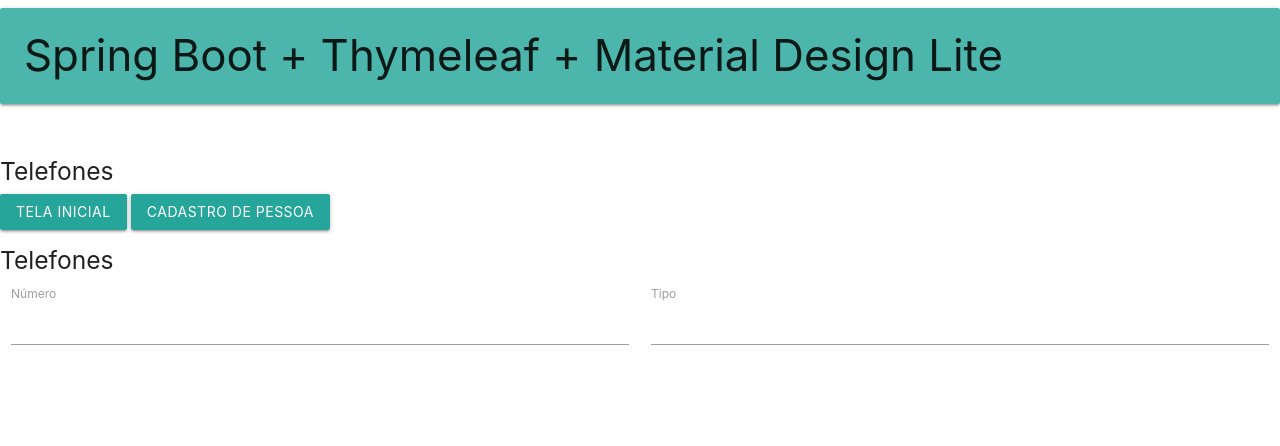
Repository: wendell-comp/Sistema-de-Gestao-de-Pessoas
Page: http://localhost/cadastro/telefones
These files come from the project's save history. The page is drawn as it stood at one moment and after the next save; the edit follows.
The browser window is 1280 px wide. The pictures show the whole page.
The page is this project's Thymeleaf template; nobody is signed in. The template is opened directly, without the code that normally fills it, so the values that code supplies are empty.

Above is the page before, as saved 2021-02-13 13:01:28.

### springboot/src/main/resources/templates/cadastro/telefones.html
<!DOCTYPE html>
<html xmlns="http://www.w3.org/1999/xhtml"
	xmlns:th="http://www.thymeleaf.org">

<head>
<meta charset="UTF-8">
<title>Formulario Java</title>


<link href="https://fonts.googleapis.com/icon?family=Material+Icons" rel="stylesheet">
<link type="text/css" rel="stylesheet" href="/materialize/css/materialize.css" media="screen,projection" />
<link type="text/css" rel="stylesheet" href="materialize.min.css" media="screen,projection" />

<style type="text/css">
  table.striped > tbody > tr:nth-child(odd) {
  background-color: rgba(158, 154, 154, 0.5);
}
	form input[type=submit]{
	color:white;
	}
</style>

</head>
<body>
	<h3 class="card-panel teal lighten-2">Spring Boot + Thymeleaf + Material Design Lite</h3>
	<br />
	<h5>Telefones</h5>
	<a href="/" class="waves-effect waves-light btn">Tela Inicial</a>
	<a href="/cadastropessoa" class="waves-effect waves-light btn">Cadastro de Pessoa</a>


		<div th:each="p: ${pessoaobj}">
			<div class="row">
			<p> ID: <span th:text="${p.id}"></span></p>
			<p> Nome: <span th:text="${p.nome}"></span></p>
			<p> Sobrenome: <span th:text="${p.sobrenome}"></span></p>
			<p> Idade: <span th:text="${p.idade}"></span></p>

			</div>

		</div>
		<h5> Telefones</h5>

			<div class="row">

					<form action="" method="post" class="col s12">
						<div class="row">

							<div class="input-field col s6">

								<label class="active" for="numero">Número</label>
								<input id="numero" name="numero" class="validate">
							</div>

							<div class="input-field col s6">

								<label class="active" for="tipo">Tipo</label>
								<input id="tipo" name="tipo" class="validate">
							</div>

						</div>
					</form>

			</div>




	<script type="text/javascript" src="materialize/js/materialize.js"></script>
	<script type="text/javascript" src="materialize/js/materialize.min.js"></script>

<br>
<br>
<br>
</body>

</html>

Loaded but not shown: springboot/src/main/resources/static/materialize/css/materialize.css (library); springboot/src/main/resources/static/materialize/js/materialize.js (library); springboot/src/main/resources/static/materialize/js/materialize.min.js (library); springboot/src/main/resources/static/materialize/css/materialize.min.css (library)

After the next save:
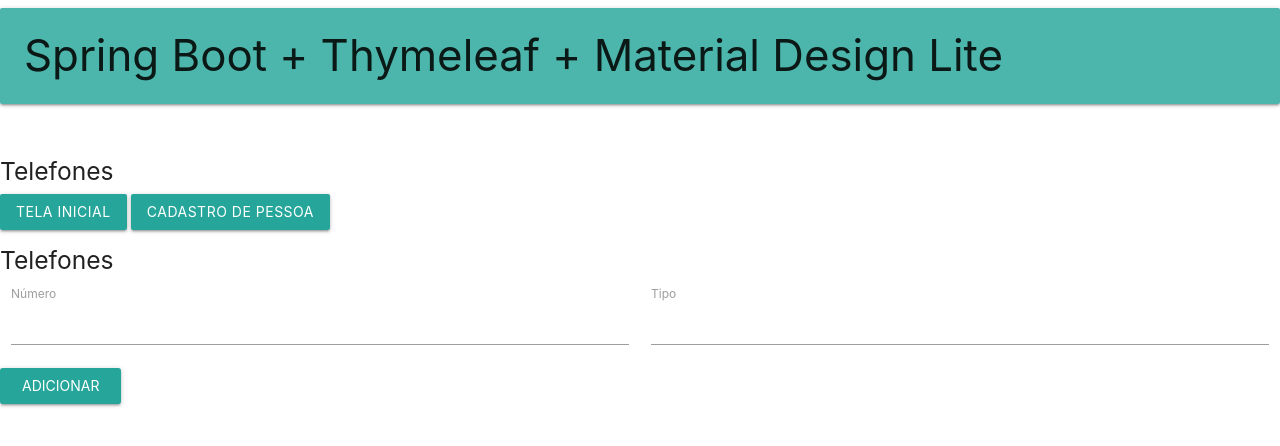
Saved 7 min 0 s later.
--- a/springboot/src/main/resources/templates/cadastro/telefones.html
+++ b/springboot/src/main/resources/templates/cadastro/telefones.html
@@ -56,11 +56,13 @@
 
 								<label class="active" for="tipo">Tipo</label>
 								<input id="tipo" name="tipo" class="validate">
+
 							</div>
+
+							<input type="submit" value="Adicionar" class="waves-effect waves-light btn">
 
 						</div>
 					</form>
-
 			</div>
 
 
